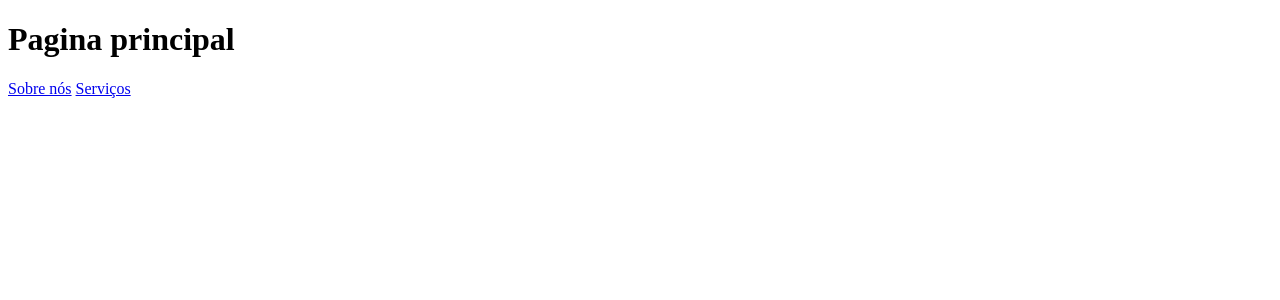
Repository: EmanuelUrbano/testeExpressJs
Page: views/index.html
These files come from the project's save history. The page is drawn as it stood at one moment and after the next save; the edit follows.
The browser window is 1280 px wide. The pictures show the whole page.

Above is the page before, as saved 2022-02-27 20:39:54.

After the next save:
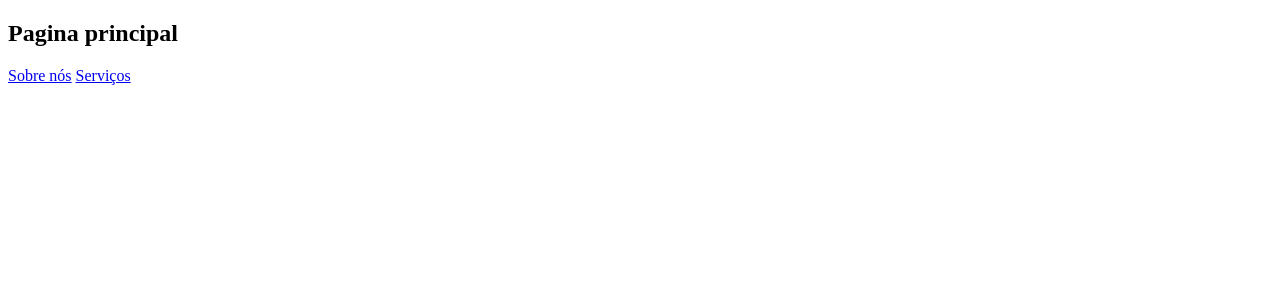
Saved 23 s later.
--- a/views/index.html
+++ b/views/index.html
@@ -7,8 +7,12 @@
     <title>Document</title>
 </head>
 <body>
-    <h1>Pagina principal</h1>
-    <a href="./sobre">Sobre nós</a>
-    <a href="./servicos">Serviços</a>
+    <header>
+        <nav>
+            <h1>Pagina principal</h1>
+            <a href="./sobre">Sobre nós</a>
+            <a href="./servicos">Serviços</a>
+        </nav>
+    </header>
 </body>
 </html>
